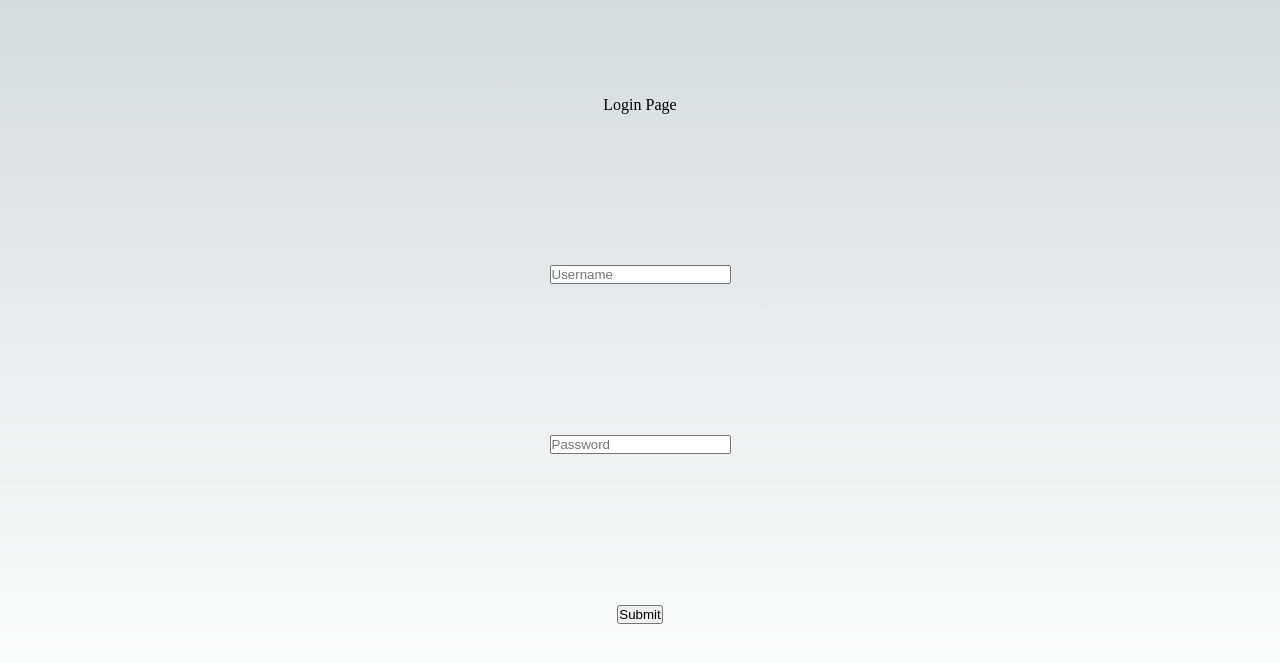
Repository: SaraShio/counter
Page: /
These files come from the project's save history. The page is drawn as it stood at one moment and after the next save; the edit follows.
The browser window is 1280 px wide. The pictures show the whole page.
The project was rebuilt for these pictures with package versions that can differ from the ones it lists, and the page was loaded fresh each time. The framework's server and built-in components were replaced by stand-ins that run in the browser. Also part of the build but not shown: next.config.js.

Above is the page before, as saved 2023-01-15 17:07:19.

After the next save:
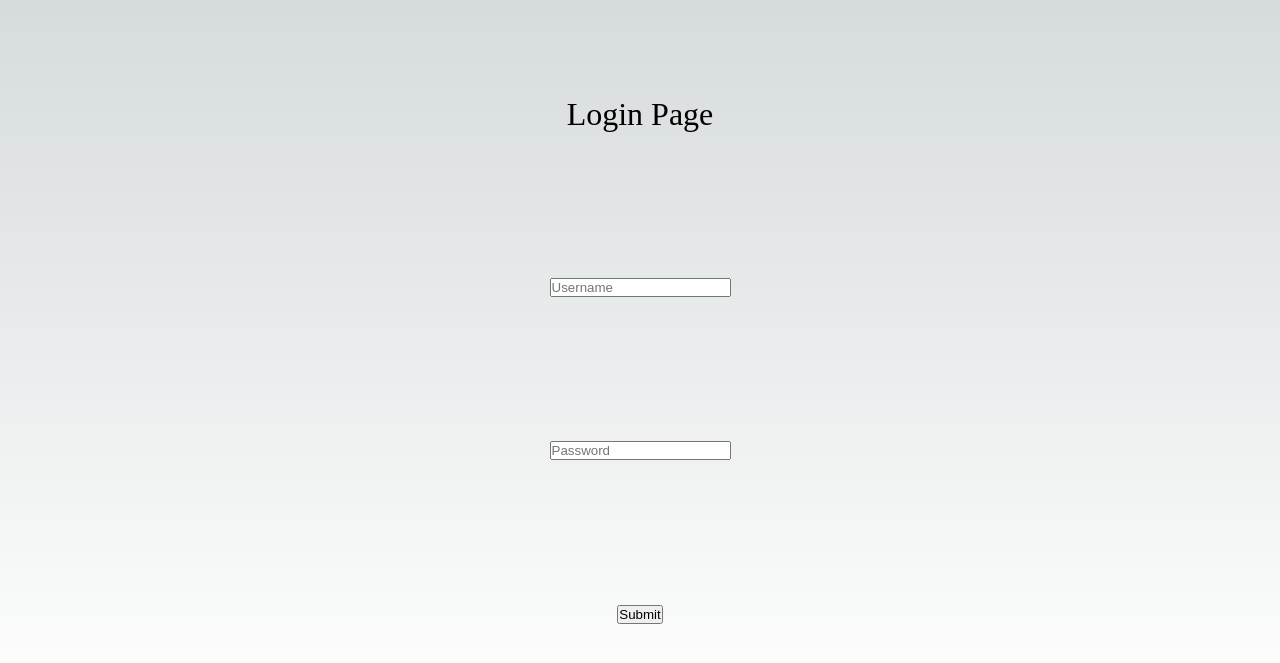
Saved 24 s later.
--- a/styles/Home.module.css
+++ b/styles/Home.module.css
@@ -5,7 +5,8 @@
   align-items: center;
   padding: 6rem;
   min-height: 100vh;
-
+  color: var();
+  font-size: 32px;
 }
 
 .description {

After the save that followed:
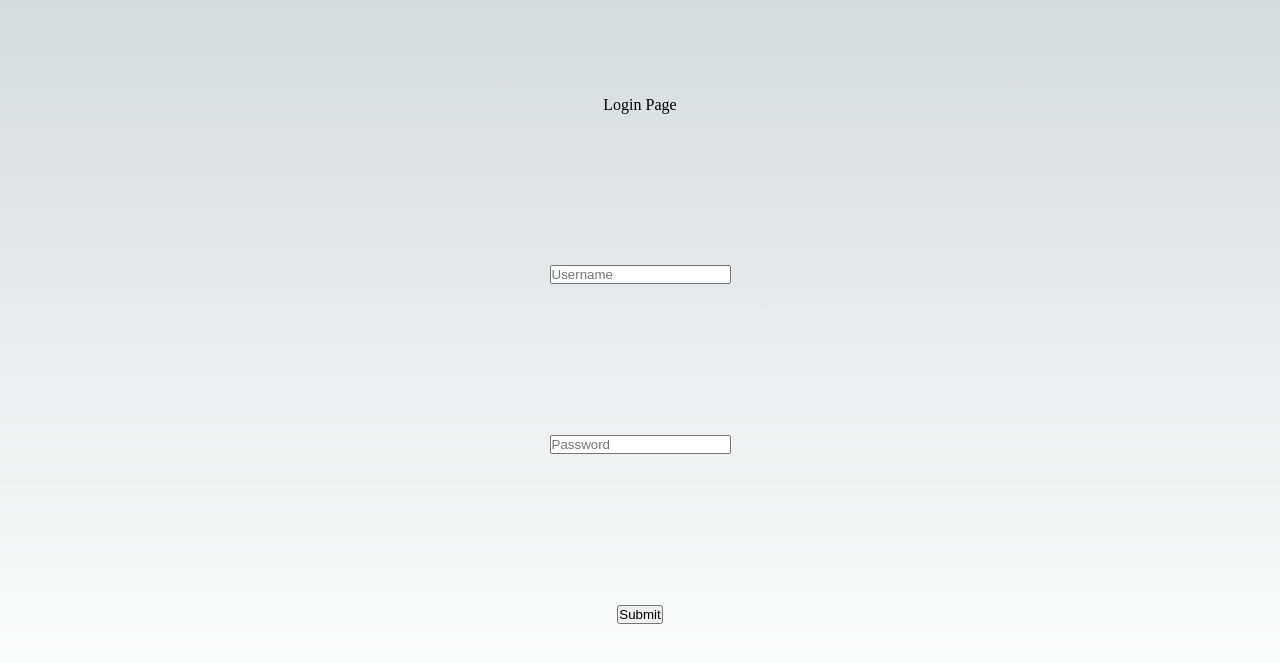
Saved 9 s later.
--- a/styles/Home.module.css
+++ b/styles/Home.module.css
@@ -5,8 +5,6 @@
   align-items: center;
   padding: 6rem;
   min-height: 100vh;
-  color: var();
-  font-size: 32px;
 }
 
 .description {
